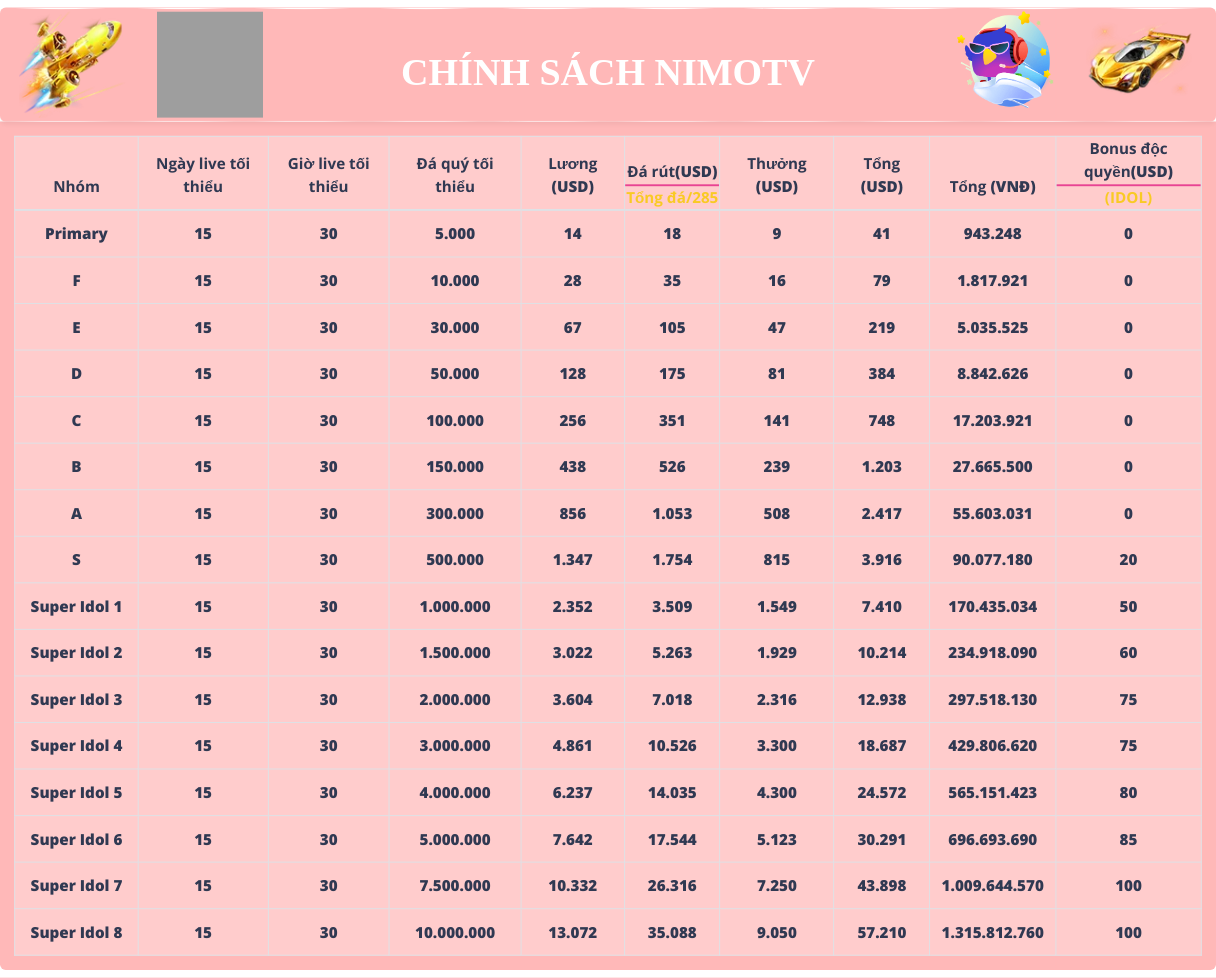
Repository: dav1601/nimo-work
Page: index.html
These files come from the project's save history. The page is drawn as it stood at one moment and after the next save; the edit follows.
The browser window is 1280 px wide. The pictures show the whole page, at 95% of full size.
Pictures or frames that could not be fetched are drawn as grey boxes.

Above is the page before, as saved 2022-04-15 00:07:43.

After the next save:
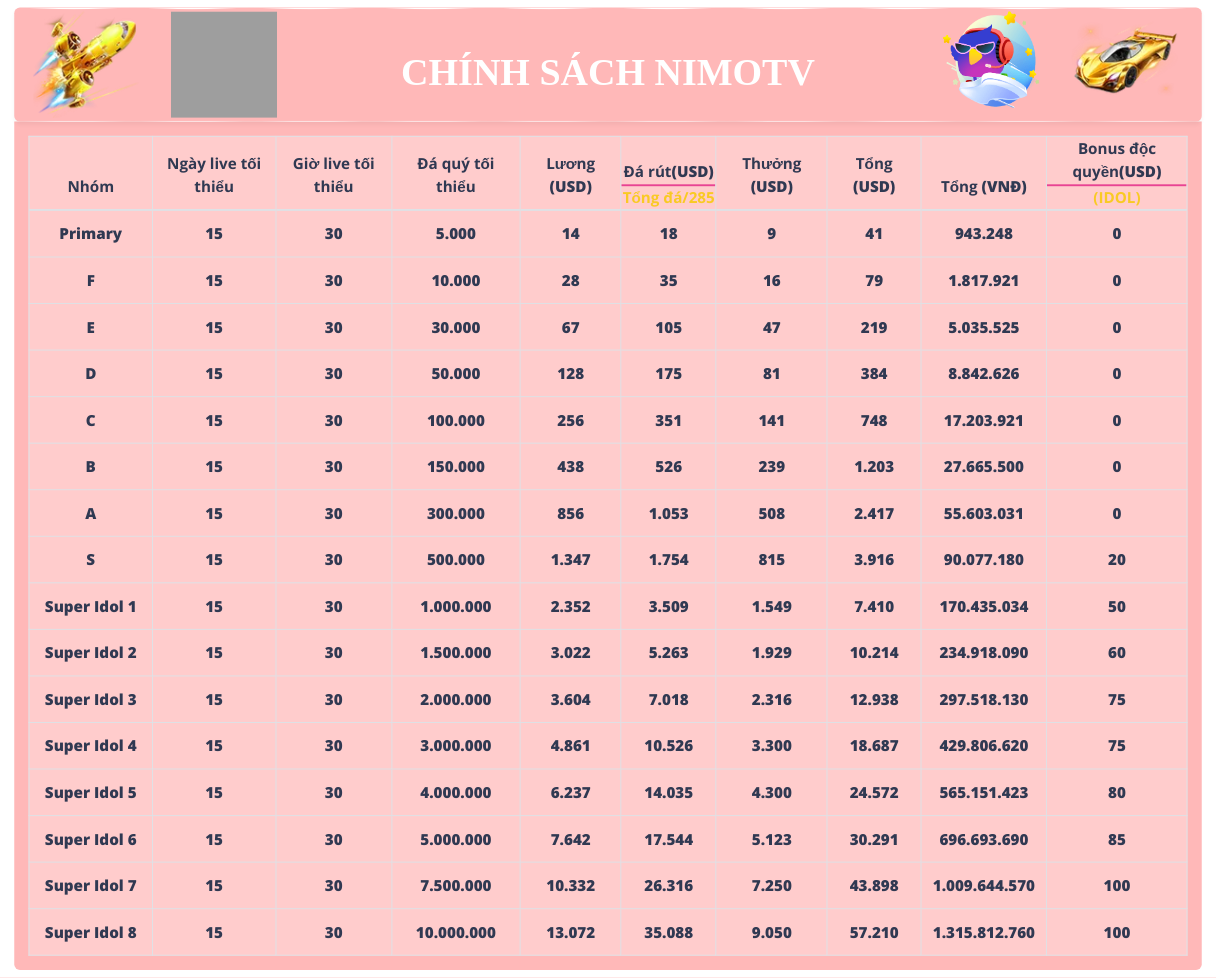
Saved 12 s later.
--- a/index.html
+++ b/index.html
@@ -102,7 +102,7 @@
             border-bottom-right-radius: 6px;
         }
     </style>
-    <div class="container-xxl my-2" id="export">
+    <div class="container-fluid my-2" id="export">
         <header>
             <div class="img-1 position-absolute">
                 <img src="img/img-1.webp" alt="">
